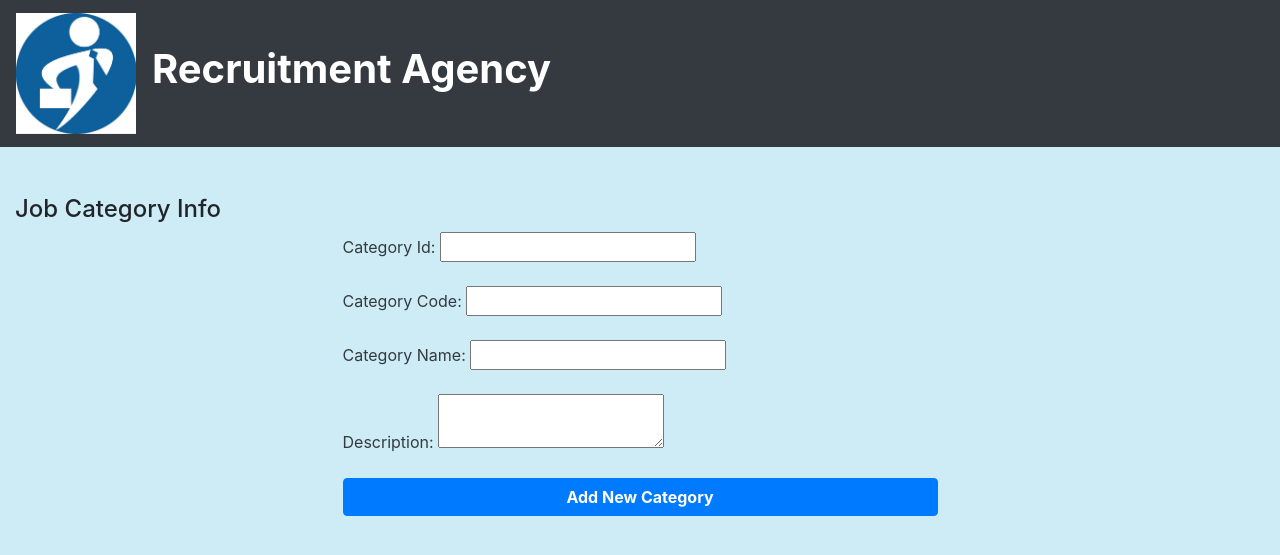
Repository: ism-shahriar/RecruitmentAgencyPortal
Page: http://localhost/index
The author's editor kept a copy of each file at every save. The page is drawn from the files as they stood at one save, then again after the next save.
The browser window is 1280 px wide. The pictures show the whole page.
The page is this project's Thymeleaf template; nobody is signed in. The template is opened directly, without the code that normally fills it, so the values that code supplies are empty.

Above is the page before, as saved 2020-04-17 06:12:28.

### MicroServiceJobCat/src/main/resources/templates/index.html
<!DOCTYPE html>
<html xmlns:th="http://www.thymeleaf.org">
<head>
<meta charset="ISO-8859-1">
<title>Job Category</title>
</head>
<link rel="stylesheet"
	href="https://maxcdn.bootstrapcdn.com/bootstrap/4.4.1/css/bootstrap.min.css">
<body style="background-color: #CEECF5">
<nav class="navbar navbar-expand-sm bg-dark navbar-dark">
		<a class="navbar-brand" href="#"> <img alt="logo"
			src="static/Logo.jpg" style="width: 120px;">
		</a>
		<h1 style="font-weight: bold; color: white">Recruitment Agency</h1>
	</nav>
	<div class="container-fluid" style="background-color: #CEECF5">
	<br><br><h4>Job Category Info</h4>
		<form class="container text-dark" style="width: 50%" action="add" method="POST">
			Category Id: <input type="text" name="catId" /><br></br>
			Category Code: <input type="text" name="catCode" /><br></br>
			Category Name: <input type="text" name="catName" /><br></br>
			Description: <textarea name="catDesc"></textarea><br></br>

			<button type="submit" class="btn btn-primary mb-2"
				style="width: 100%; font-weight: bold">Add New Category</button>
</form>

	</div>

</body>
</html>

After the next save:
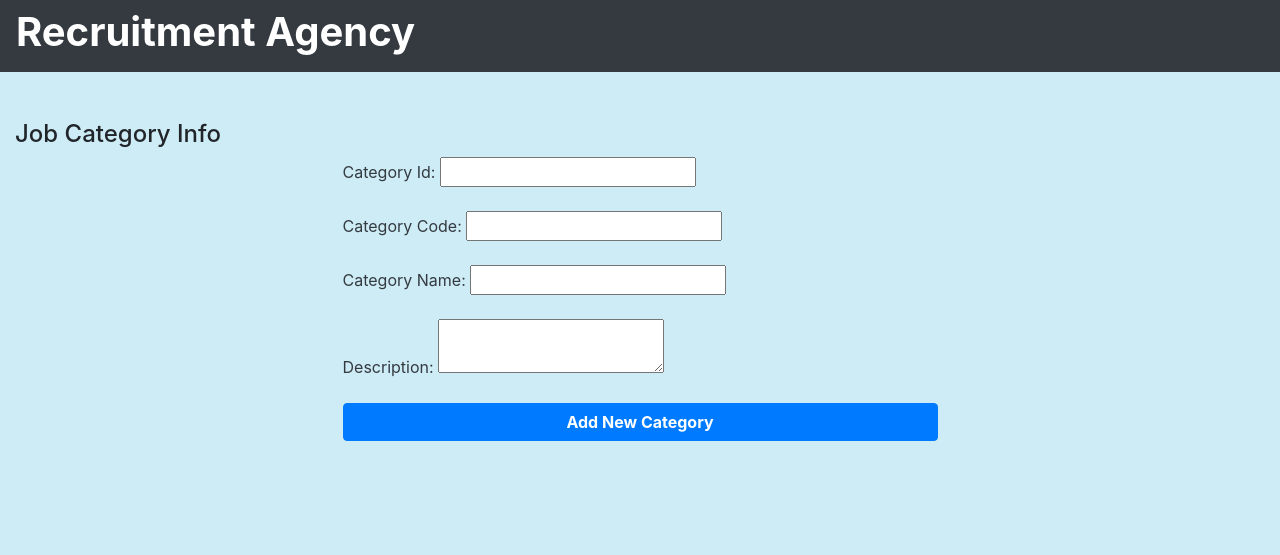
Saved 2 min 51 s later.
--- a/MicroServiceJobCat/src/main/resources/templates/index.html
+++ b/MicroServiceJobCat/src/main/resources/templates/index.html
@@ -8,9 +8,7 @@
 	href="https://maxcdn.bootstrapcdn.com/bootstrap/4.4.1/css/bootstrap.min.css">
 <body style="background-color: #CEECF5">
 <nav class="navbar navbar-expand-sm bg-dark navbar-dark">
-		<a class="navbar-brand" href="#"> <img alt="logo"
-			src="static/Logo.jpg" style="width: 120px;">
-		</a>
+
 		<h1 style="font-weight: bold; color: white">Recruitment Agency</h1>
 	</nav>
 	<div class="container-fluid" style="background-color: #CEECF5">
